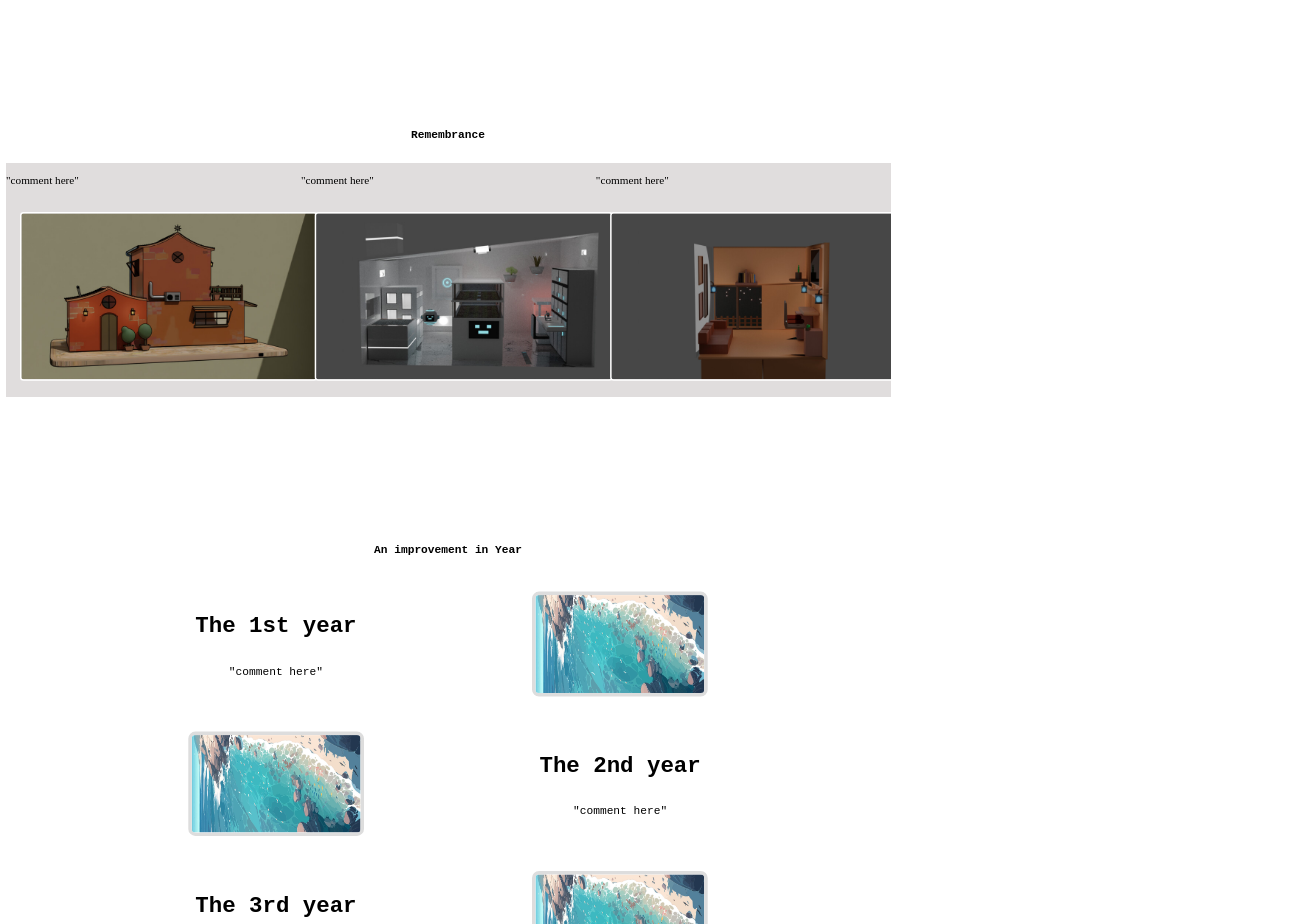
Repository: kittipichcha/Port1
Page: page2.html
The author's editor kept a copy of each file at every save. The page is drawn from the files as they stood at one save, then again after the next save.
The browser window is 1280 px wide. The page is 1862 px wide, so the pictures cover 1862 px, including what lies to the right of the window. The pictures show the part of the page from y = 1593 to 2913 px (the page is 4669 px tall before and 4794 px after), at 70% of full size.

Above is the page before, as saved 2024-10-16 21:13:41.

### page2.html
<!DOCTYPE html>
<html>

<head>
    <title>Sculpting page</title>
    <link rel="stylesheet" href="style.css">
</head>

<body>
    <!-- Intro -->
    <div style = "margin: 50px;"> </div>

    <h1 class = "textTopic" style="justify-content: center;"> Sculpting </h1>
    <div class = "widget" style = "justify-content: center;">
        <h2 class = "textTopic" style="justify-content: center;"> Type :  </h2>
        <p class = "textTopic"> Character & Place </p>
    </div>

    <div class = "widget" style = "justify-content: center;">
        <h2 class = "textTopic" style="justify-content: center;"> App :  </h2>
        <p class = "textTopic"> Blender </p>
    </div>

    <hr class = "space">
    <!-- First model -->
    <div class = "widget">
        <img src = 'image/pisa.jpg' class = "icon" style = "width: 50%;">
        <p class = "textGeneral" style = "justify-items: center;"> The first model that I've have done </p>
    </div>

    <div class = "space"> </div>
    <!-- Remembrance -->
    <div class = "galleryContainer">
        <h1 class = "textGeneral" style = "justify-content: center;"> Remembrance </h1>
        <div class = "scrollImage">
            <div style = "space">
                <p> "comment here" </p>
                <img style = "width:100%" src = "image/house2.jpg">
            </div>
            <div>
                <p> "comment here" </p>
                <img style = "width:100%" src = "image/lab.jpg">
            </div>
            <div>
                <p> "comment here" </p>
                <img style = "width:100%" src = "image/room.jpg">
            </div>
        </div>
    </div>

    <!-- Improvement -->
    <div class = "space"> </div>
    <div class = "galleryContainer">
        <h1 class = "textGeneral"  style="justify-content: center;"> An improvement in Year</h1>
        <div>
            <div class = "widget">
                <div class = "topicAndPara">
                    <h1> The 1st year </h1>
                    <p> "comment here" </p>
                </div>
                <img src = "beach.jpg">
            </div>
            <div class = "widget">
                <img src = "beach.jpg">
                <div class = "topicAndPara">
                    <h1> The 2nd year </h1>
                    <p> "comment here" </p>
                </div>
            </div>
            <div class = "widget">
                <div class = "topicAndPara">
                    <h1> The 3rd year </h1>
                    <p> "comment here" </p>
                </div>
                <img src = "beach.jpg">
            </div>
        </div>
    </div>
    <div>
        <h1 class="textTopic" > Gallery </h1>
        <div class = "widget" style = "padding:20px; height: auto; width:auto">
            <img src = "beach.jpg" style = "width: 40%;">
            <div class = "widget1">
                <img src = "beach.jpg">
                <div class = "widget">
                    <img class = "icon" style = "width: 50%;" src = "beach.jpg">
                    <img class = "icon" style = "width: 50%;" src = "beach.jpg">
                </div>

            </div>
        </div>
        <hr class = "space">
        <h1 class = "textTopic"> Back to Home page </h1>
        <div style = "justify-items: center;">
            <a class = "button"  style = "justify-content: center" href="page1.html"> Home </a>
            <p class = "testGeneral" style = "justify-content: center;"> Hope you enjoy! </p>
        </div>
    </div>
</body>

</html>

### style.css
nav {
    background-color: #318b9b;
    padding: 10px;
    display: flex;
    justify-content: flex-end;
    opacity: 80%;
    border-radius: 10px;
}

nav ul li {
    display: inline-block;
}

nav ul li a:hover {
    background-color: #257ab7;
    border-radius: 5px;
    text-decoration: underline;
}

.textButton li a {
    color: #ffffff;
    text-decoration: none;
    font-family: 'Lucida Console', monospace;
    padding: 10px;
}

.textGeneral {
    color: #000000;
    font-size: medium;
    font-family: 'Courier New', monospace;
    margin: 20px;
    padding: 10px;
    display: flex;
    justify-content: left;
}

.textTopic {
    color: #000000;
    text-decoration: none;
    font-family: 'Lucida Console', monospace;
    margin: 30px;
    margin-bottom: 50px;
    display: flex;
    justify-content: center;
}

.widget {
    display: flex;
    justify-content: space-evenly;
    margin: 30px;
}

.widget div {
    display: flex;
    justify-content: space-between;
    align-items: center;
    margin: 10px;
}

.overlay {
    padding: 20px;
    margin: 50px;
    border-radius: 10px;
    position: absolute;
    top: 0;
    bottom: 0;
    left: 0;
    right: 0;
    height: 80%;
    width: 80%;
    opacity: 0;
    transition: .5s ease;
    background-color: #358eac9e;
}

.container {
    position: relative;
}

.container:hover .overlay{
    opacity: 1.6;
}

.container:hover {
    opacity: 0.5;
}

.textImage {
    color: white;
    font-family: 'Courier New', Courier, monospace;
    position: absolute;
    top: 50%;
    left: 50%;
    transform: translate(-50%, -50%);
    -ms-transform: translate(-50%, -50%);
}

.widget div img {
    display: flex;
    justify-content: space-between;
    align-items: center;
    margin: 10px;
}

.widget1 {
    display: flex;
    flex-direction: column;
    justify-content: space-around;
    align-content: space-around;
    margin: 10px;
}



.space {
    display: flex;
    margin: 100px;
}

.space1 {
    display: flex;
    margin: 40px;
}

.icon {
    display: block;
    border: 2px solid #ddd;
    border-radius: 4px;
    width: 30%;
    align-items: center;
    justify-content: center;
}

.icon2 {
    border: 5px;
    padding: 15px;
    display: block;
    background-color: #ffffff;
    border-radius: 10px;
    width: 30%;
    align-items: center;
    justify-content: center;
}

.icon3 {
    display: block;
    border-radius: 7px;
    width: 30%;
    align-items: center;
    justify-content: center;
}

.icon4 {
    display: block;
    border-radius: 100px;
    width: 30%;
    align-items: center;
    justify-content: center;
}

.image {
    display: block;
    width: 20%;
    align-items: center;
    justify-content: center;
}

.icon2Text {
    display: block;
    border: 2px solid #ddd;
    border-radius: 4px;
    width: 30%;
    align-items: center;
    justify-content: center;
}

.background {
    background-image: url("beach.jpg");
    background-size: cover;
    padding: 20px;
    opacity: 80%;
}

.backgroundColor {
    background-color:#348ecea0;
    border-radius: 20px;
    padding: 40px;
}

.galleryContainer {
    justify-content: center;
}

.galleryContainer img {
    border: 5px solid #ddd;
    border-radius: 10px;
    height: auto;
    width: 20%;
    margin: 10px;
}

.scrollImage {
    background-color: #e0dddd;
    overflow: auto;
    display: flex;
    justify-content: flex-start;
    white-space: nowrap;
}

.scrollImage div img {
    border: 2px solid #ffffff;
    border-radius: 5px;
    height: auto;
    width: 20%;
    margin: 20px;
}

.topicAndPara {
    display: flex;
    flex-direction: column;
    justify-content: flex-start;
}

.topicAndPara:nth-child(n) {
    color: #000000;
    font-size: medium;
    font-family: 'Courier New', monospace;
    margin: 10px;
    padding: 10px;
    display: flex;
    justify-content: left;
}

.button {
    display: flex;
    border: none;
    border-radius: 10px;
    background-image: url("beach.jpg");
    padding: 50px;
    text-align: center;
    text-decoration: none;
    display: inline-block;
    font-family: 'Courier New', monospace;
    color:#ffffff;
    font-size: large;
    text-shadow: 1px 2px black;
    margin: 5px;
    transition-duration: 0.4s;
    cursor: pointer;
}

After the next save:
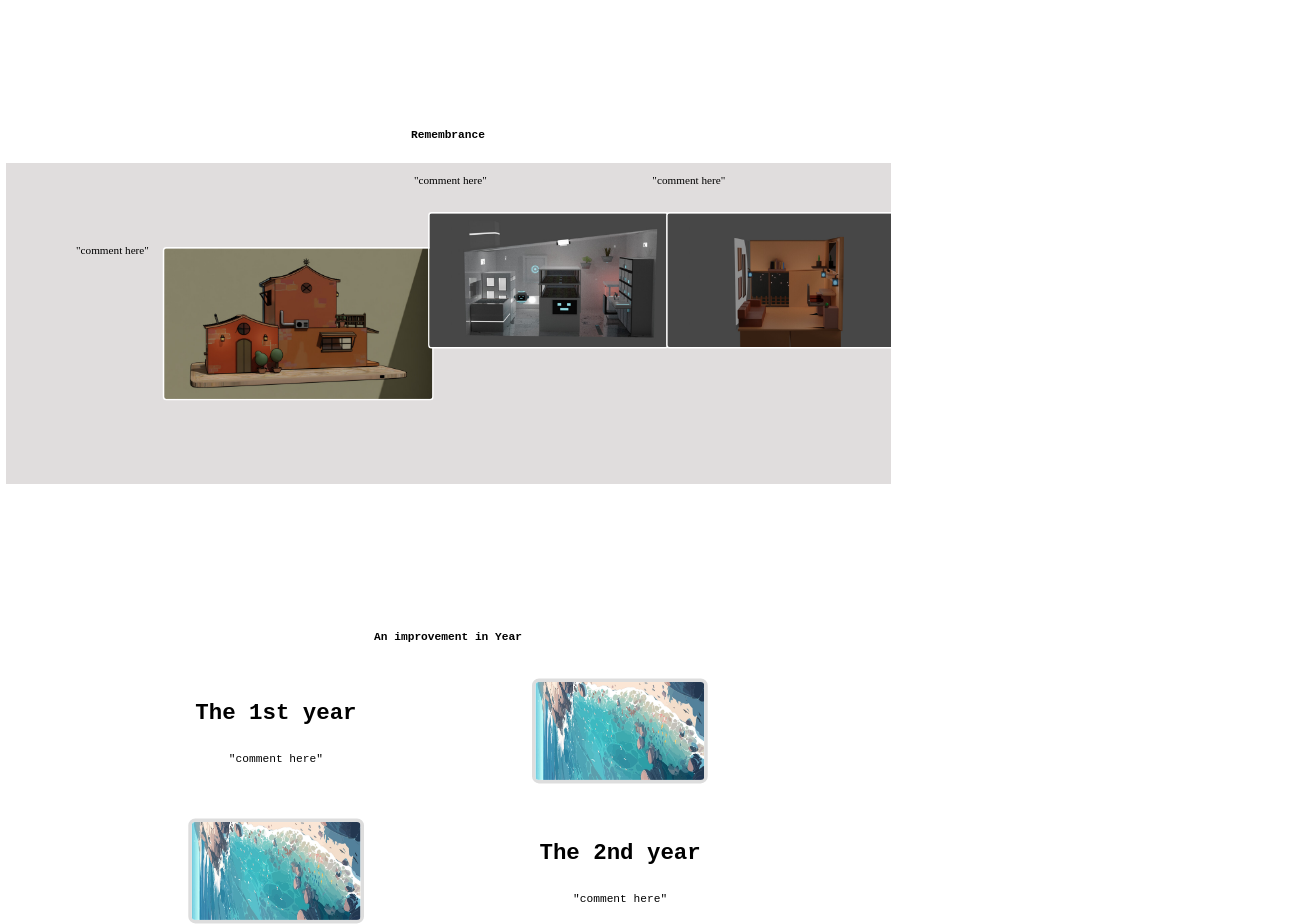
Saved 18 s later.
--- a/page2.html
+++ b/page2.html
@@ -33,7 +33,7 @@
     <div class = "galleryContainer">
         <h1 class = "textGeneral" style = "justify-content: center;"> Remembrance </h1>
         <div class = "scrollImage">
-            <div style = "space">
+            <div class = "space">
                 <p> "comment here" </p>
                 <img style = "width:100%" src = "image/house2.jpg">
             </div>
